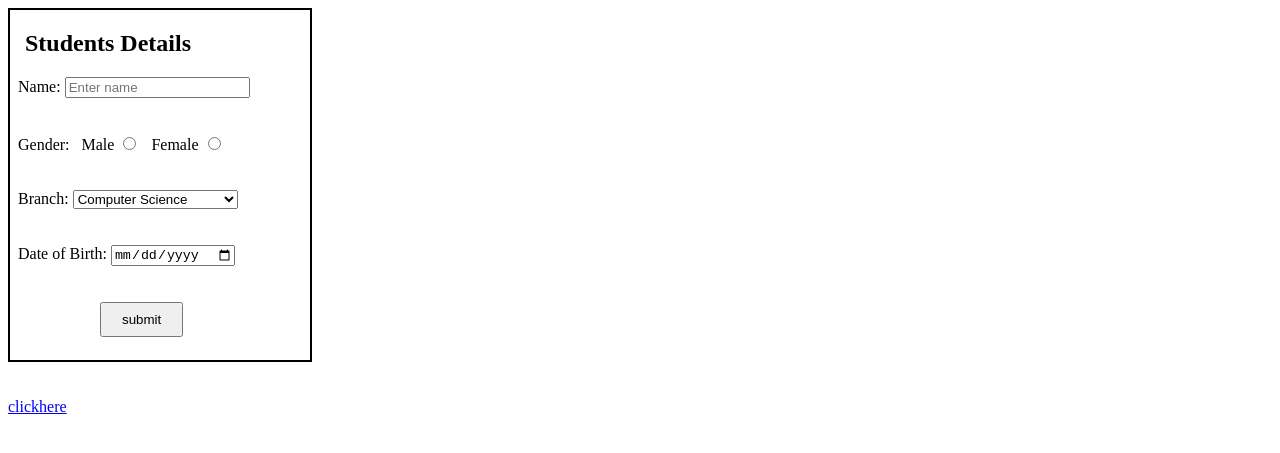
Repository: netravatih-paycorp/Assignments
Page: http://localhost/SpringMvc/home.jsp
These files come from the project's save history. The page is drawn as it stood at one moment and after the next save; the edit follows.
The browser window is 1280 px wide. The pictures show the whole page.
The page is served by Tomcat 10.

Above is the page before, as saved 2023-07-21 06:59:09.

After the next save:
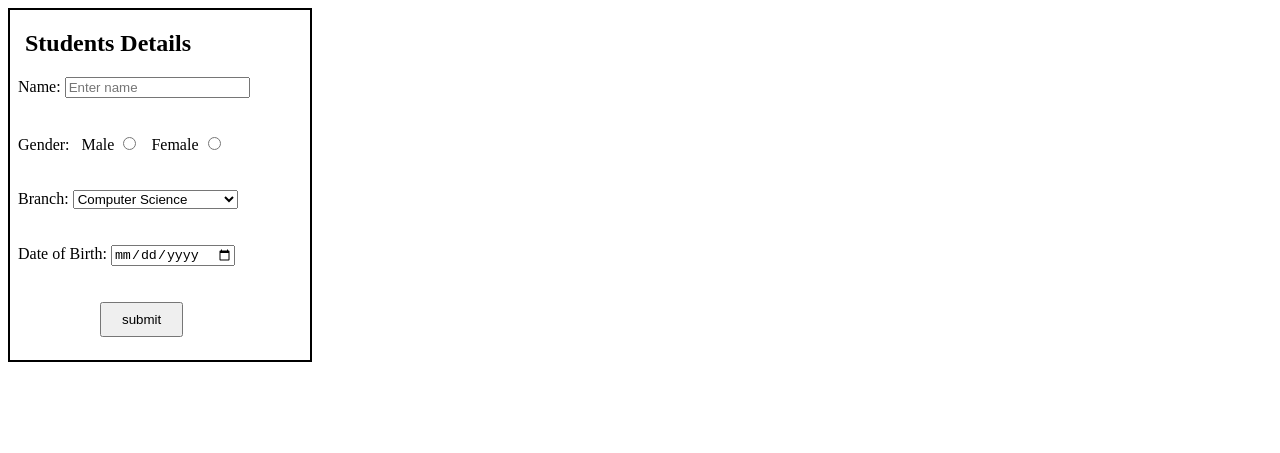
Saved 106 s later.
--- a/SpringMvc/src/main/webapp/home.jsp
+++ b/SpringMvc/src/main/webapp/home.jsp
@@ -83,6 +83,6 @@ button
 </div>
 	<br><br>
 
-   <a href="get.jsp">clickhere</a>
+
 </body>
 </html>
